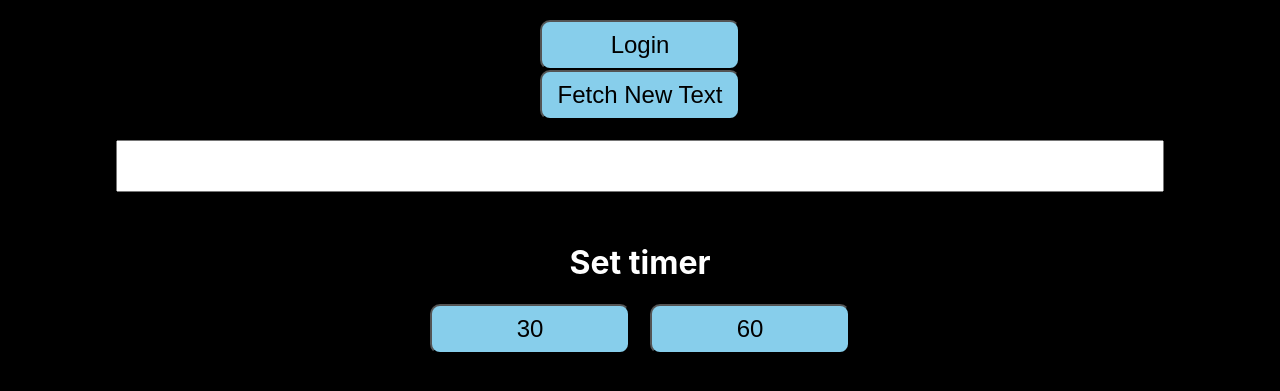
Repository: abhaysharma20233009/swiftKey
Page: / (app in frontend/my-app/)
The author's editor kept a copy of each file at every save. The page is drawn from the files as they stood at one save, then again after the next save.
The browser window is 1280 px wide. The pictures show the whole page.
The page's requests for data from a server got no answer. The project was rebuilt for these pictures with package versions that can differ from the ones it lists, and the page was loaded fresh each time. No one was signed in, and anything a server would have sent is missing. Also part of the build but not shown: frontend/my-app/src/Results.js, frontend/my-app/src/Login.js.

Above is the page before, as saved 2024-10-10 15:48:08.

### frontend/my-app/src/App.js
//App.js

import './App.css';
import React from 'react';
import { BrowserRouter as Router, Route, Routes } from 'react-router-dom';
import Swift from './Swifts';
import Results from './Results';
import Login from './Login';
const App = () => {
    return (
        <Router>
			<div className="App">
            <Routes>
                <Route path="/" element={<Swift />} />
                <Route path="/results" element={<Results />} />
                <Route path="/login" element={<Login />} />
            </Routes>
			</div>
        </Router>
    );
};

export default App;

### frontend/my-app/src/App.css
.App {
  text-align: center;
  color:white;
}

body{
  background-color:black;
}

.log{
  color:black;
  margin-left: 10px;
  margin-right: 10px;
  background-color: skyblue;
  border-radius: 10px;
  height:50px;
  width:200px;
  justify-self: end;
  font-size: x-large;
}



.para{
  width:10%;
}


.lo{
  text-align: center;
}

### frontend/my-app/src/Swifts.js
import React, { useState, useEffect } from 'react';
import { useNavigate, useLocation } from 'react-router-dom';

function Swifts() {
    const [message, setMessage] = useState('');
    const [inputValue, setInputValue] = useState('');
    const [currentWordIndex, setCurrentWordIndex] = useState(0);
    const [time, setTime] = useState(0);
    const navigate = useNavigate();
    const location = useLocation();

    // Retrieve username from location state
    const username = location.state?.username || '';

    const fetchMessages = async () => {
        try {
            const response = await fetch('http://localhost:7000/random-paragraph');
            const data = await response.json();
            if (data && typeof data === 'string') {
                setMessage(data);
                setInputValue('');
                setCurrentWordIndex(0);
            } else {
                console.error('Invalid data format:', data);
            }
        } catch (error) {
            console.error('Error fetching messages:', error);
        }
    };

    useEffect(() => {
        fetchMessages();
    }, []);

    useEffect(() => {
        if (time > 0) {
            const timer = setTimeout(() => {
                navigate('/results', { state: { currentWordIndex, username } });
            }, time * 1000);

            return () => clearTimeout(timer);
        }
    }, [time, currentWordIndex, navigate, username]);

    const handleInputChange = (e) => {
        const value = e.target.value;
        setInputValue(value);

        const words = message.split(' ');
        const currentWord = words[currentWordIndex];

        if (currentWord && currentWord.startsWith(value.trim())) {
            if (value.trim() === currentWord) {
                setCurrentWordIndex((prevIndex) => prevIndex + 1);
                setInputValue('');
            }
        }
    };

    const words = message.split(' ');
    const currentWord = words[currentWordIndex] || '';

    // Function to chunk words into lines of 10 words each
    const chunkWords = (words, chunkSize) => {
        const result = [];
        for (let i = 0; i < words.length; i += chunkSize) {
            result.push(words.slice(i, i + chunkSize));
        }
        return result;
    };

    const chunkedWords = chunkWords(words, 20); // Chunk words into groups of 10

    return (
        <div style={{ textAlign: 'center', marginTop: '20px' }}>
            {username && <h2>Welcome, {username}!</h2>}
            <button className="log" onClick={() => navigate('/login')}>Login</button>
            <br />
            <button className="log" onClick={fetchMessages}>Fetch New Text</button>
            <br />
            <input
                type="text"
                value={inputValue}
                onChange={handleInputChange}
                style={{
                    fontSize: '24px',
                    width: '80%',
                    padding: '10px',
                    margin: '20px 0',
                }}
                placeholder={currentWord.slice(inputValue.length)}
            />
            <div class="lo" style={{ fontSize: '24px', marginTop: '10px', textAlign: 'center' }}>
                {chunkedWords.map((line, lineIndex) => (
                    <div key={lineIndex} style={{ display: 'flex', flexWrap: 'wrap' }}>
                        {line.map((word, index) => {
                            const wordIndex = lineIndex * 20 + index; // Calculate the global index
                            const isCurrentWord = wordIndex === currentWordIndex;
                            const isTypedWord = wordIndex < currentWordIndex;

                            return (
                                <span
                                    key={wordIndex}
                                    style={{
                                        padding: '0 5px',
                                        color: isCurrentWord ? 'blue' : (isTypedWord ? 'gray' : 'white'),
                                        textDecoration: isTypedWord ? 'line-through' : 'none',
                                    }}
                                >
                                    {word}
                                </span>
                            );
                        })}
                    </div>
                ))}
            </div>
            <h1>Set timer</h1>
            <button className="log" onClick={() => setTime(30)}>30</button>
            <button className="log" onClick={() => setTime(60)}>60</button>
        </div>
    );
}

export default Swifts;

Loaded but not shown: frontend/my-app/public/index.html (common file); frontend/my-app/src/index.js (common file); frontend/my-app/src/index.css (common file); frontend/my-app/src/reportWebVitals.js (common file)

After the next save:
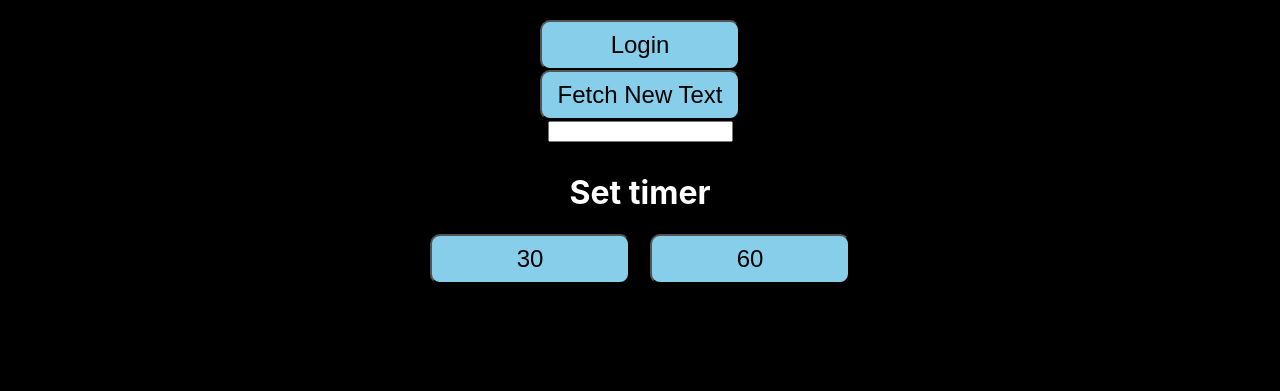
Saved 49 s later.
--- a/frontend/my-app/src/Swifts.js
+++ b/frontend/my-app/src/Swifts.js
@@ -82,12 +82,7 @@
                 type="text"
                 value={inputValue}
                 onChange={handleInputChange}
-                style={{
-                    fontSize: '24px',
-                    width: '80%',
-                    padding: '10px',
-                    margin: '20px 0',
-                }}
+
                 placeholder={currentWord.slice(inputValue.length)}
             />
             <div class="lo" style={{ fontSize: '24px', marginTop: '10px', textAlign: 'center' }}>

After the 5 saves that followed:
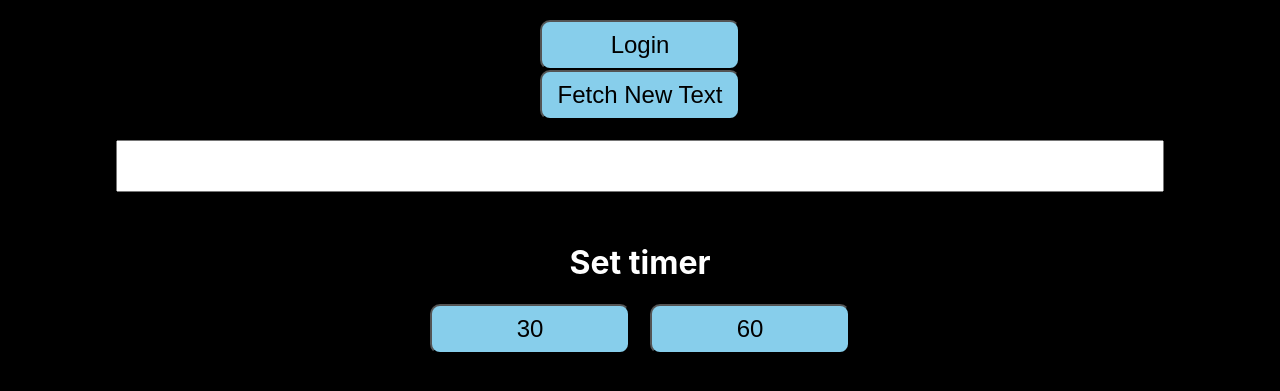
The 5 saves are shown as one change because 2 did not build or start and 2 left the picture as it was.
The last was saved 104 s later.
--- a/frontend/my-app/src/App.css
+++ b/frontend/my-app/src/App.css
@@ -29,3 +29,9 @@ body{
 .lo{
   text-align: center;
 }
+.in{
+  font-size: '24px';
+  width: '80%';
+  padding: '10px';
+  margin: '20px 0';
+}
--- a/frontend/my-app/src/Swifts.js
+++ b/frontend/my-app/src/Swifts.js
@@ -82,7 +82,12 @@
                 type="text"
                 value={inputValue}
                 onChange={handleInputChange}
-
+                style={{
+                    fontSize: '24px',
+                    width: '80%',
+                    padding: '10px',
+                    margin: '20px 0',
+                }}
                 placeholder={currentWord.slice(inputValue.length)}
             />
             <div class="lo" style={{ fontSize: '24px', marginTop: '10px', textAlign: 'center' }}>
